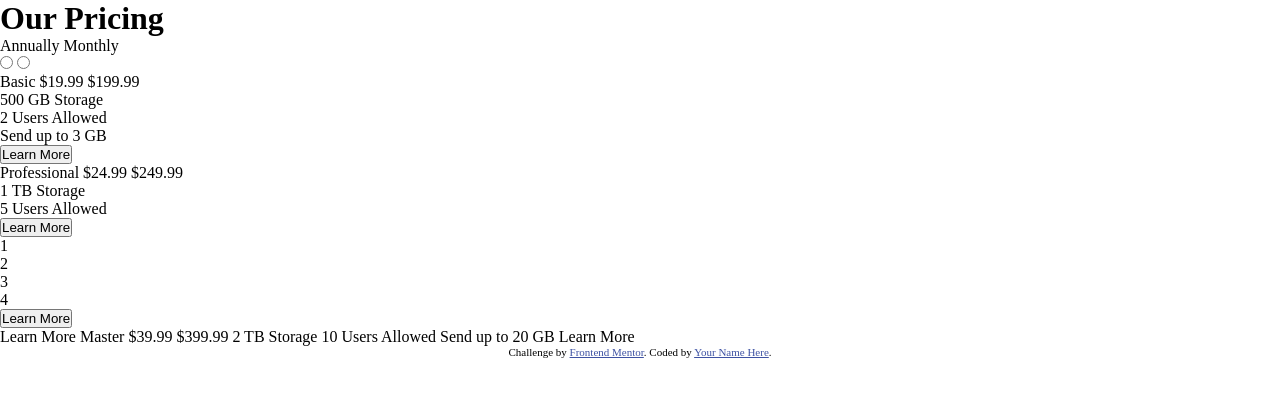
Repository: JuzzJoel/pricing-component-with-toggle-master
Page: index.html
The author's editor kept a copy of each file at every save. The page is drawn from the files as they stood at one save, then again after the next save.
The browser window is 1280 px wide. The pictures show the whole page.

Above is the page before, as saved 2025-05-24 07:51:02.

### index.html
<!DOCTYPE html>
<html lang="en">
<head>
  <meta charset="UTF-8">
  <meta name="viewport" content="width=device-width, initial-scale=1.0"> <!-- displays site properly based on user's device -->

  <link rel="icon" type="image/png" sizes="32x32" href="./images/favicon-32x32.png">

  <title>Frontend Mentor | [pricing-component-with-toggle-master]</title>
  <style>
    :root{

--linear-gradient: hsl(236, 72%, 79%) to hsl(237, 63%, 64%);

--clr-pri: hsl(240, 78%, 98%);
--clr-pri-acc: hsl(234, 14%, 74%);
--clr-sec: hsl(233, 13%, 49%);
--clr-sec-acc: hsl(232, 13%, 33%);
    }
*,
*::before,
*::after {
    box-sizing: border-box;
}

* {
    margin: 0;
    padding: 0;
    box-sizing: border-box;
}

    .attribution { font-size: 11px; text-align: center; }
    .attribution a { color: hsl(228, 45%, 44%); }


  </style>
</head>
<body>



  <div class="container">
    <div class="pricing-header">
      <h1>Our Pricing</h1>
      <div class="toggle-box">
        Annually
        Monthly
        <div class="toggle-container">

          <input type="radio" class="pricing" id="price-annnual">
          <label for=""></label>

          <input type="radio" class="pricing" id="price-month">
          <label for=""></label>

          <div class="toggle-slider"></div>
        </div>
      </div>
      <div class="body">
        <div class="content">
          <div class="card">
            <div class="rows-head">Basic
            &dollar;19.99
            &dollar;199.99
          </div>
            <div class="rows">500 GB Storage</div>
            <div class="rows">2 Users Allowed</div>
            <div class="rows">Send up to 3 GB</div>
            <div class="rows"><button>Learn More</button></div>
          </div>
          <div class="card">
            <div class="rows-head">Professional
            &dollar;24.99
            &dollar;249.99
          </div>
            <div class="rows">1 TB Storage</div>
            <div class="rows">5 Users Allowed</div>
            <div class="rows"></div>
            <div class="rows"><button>Learn More</button></div>
          </div>
          <div class="card">
            <div class="rowshead">1</div>
            <div class="rows">2</div>
            <div class="rows">3</div>
            <div class="rows">4</div>
            <div class="rows"><button>Learn More</button></div>
          </div>
        </div>
      </div>
    </div>
  </div>














  Learn More

  Master
  &dollar;39.99
  &dollar;399.99
  2 TB Storage
  10 Users Allowed
  Send up to 20 GB
  Learn More

  <div class="attribution">
    Challenge by <a href="https://www.frontendmentor.io?ref=challenge" target="_blank">Frontend Mentor</a>.
    Coded by <a href="#">Your Name Here</a>.
  </div>
</body>
</html>

After the next save:
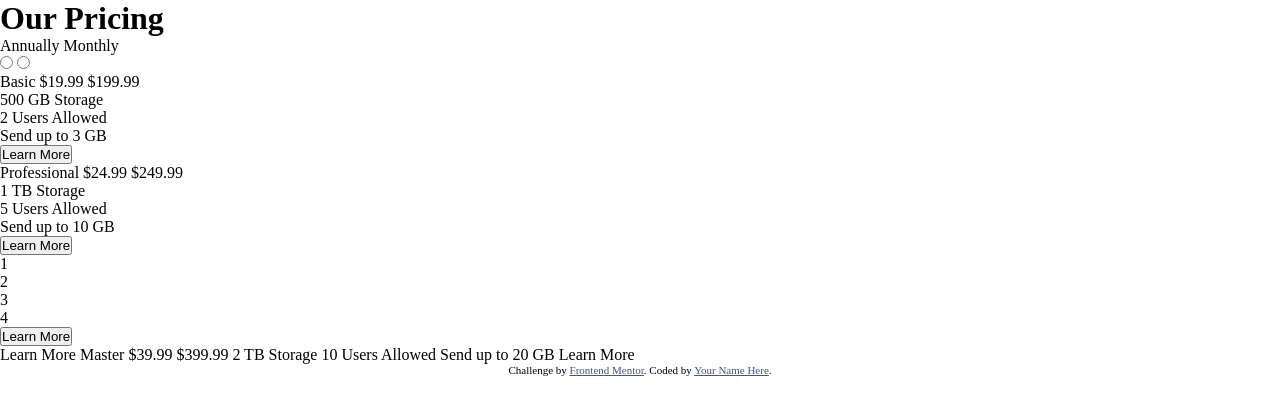
Saved 4 s later.
--- a/index.html
+++ b/index.html
@@ -75,7 +75,7 @@
           </div>
             <div class="rows">1 TB Storage</div>
             <div class="rows">5 Users Allowed</div>
-            <div class="rows"></div>
+            <div class="rows">Send up to 10 GB</div>
             <div class="rows"><button>Learn More</button></div>
           </div>
           <div class="card">
